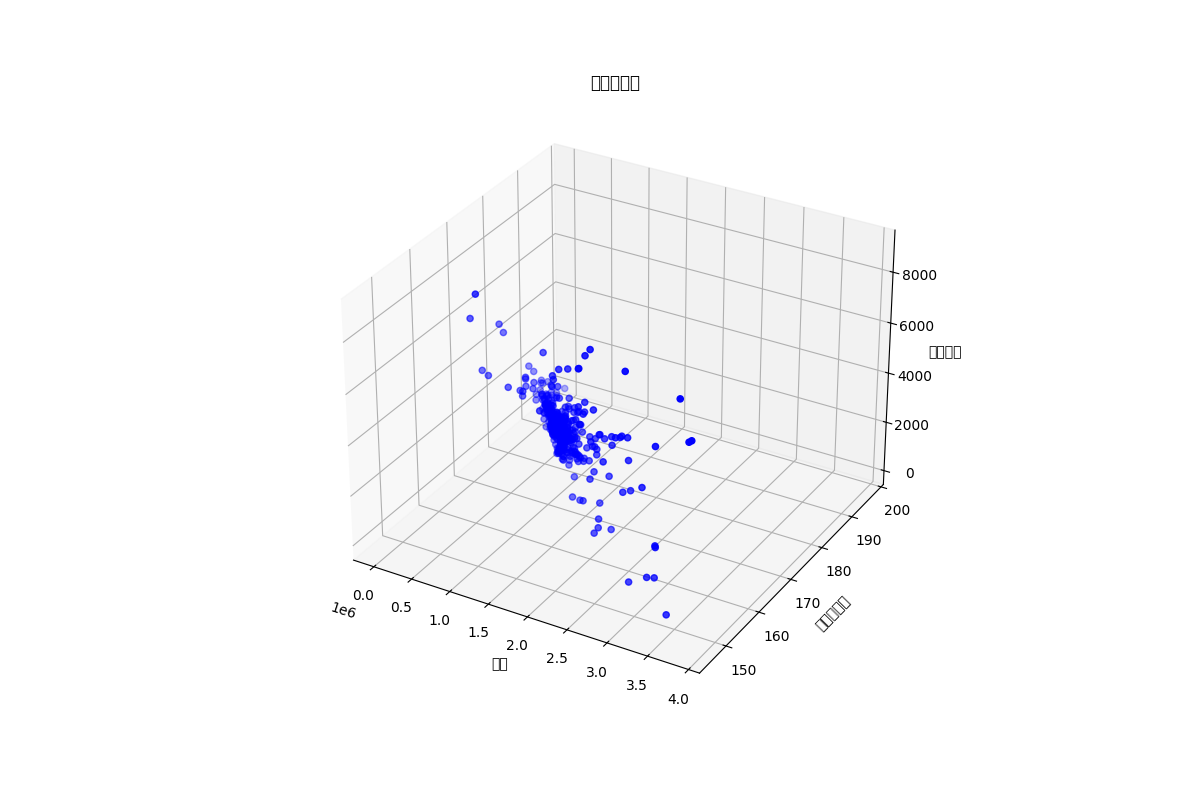
Repository: Kevinye0116/MCM
Script's output: python Coding/trial2.py
These files come from the project's save history. The script's output is drawn as it stood at one moment and after the next save; the edit follows.
Random numbers start from a fixed seed.

Above is the script's output before, as saved 2025-01-25 11:10:28.

After the next save:
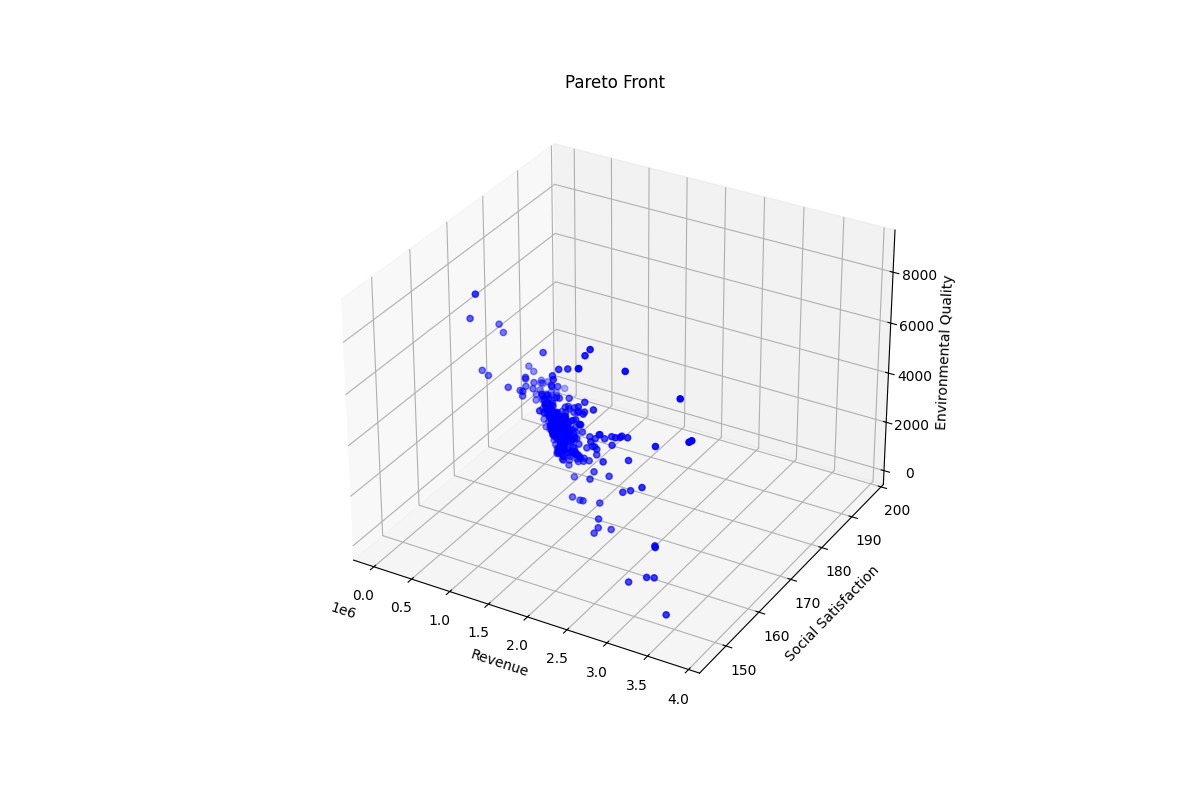
Saved 2 min 55 s later.
--- a/Coding/trial2.py
+++ b/Coding/trial2.py
@@ -251,10 +251,10 @@ class TourismOptimization:
             objectives[:, 0], objectives[:, 1], objectives[:, 2], c="b", marker="o"
         )
 
-        ax.set_xlabel("收入")
-        ax.set_ylabel("社会满意度")
-        ax.set_zlabel("环境质量")
-        ax.set_title("帕累托前沿")
+        ax.set_xlabel("Revenue")
+        ax.set_ylabel("Social Satisfaction")
+        ax.set_zlabel("Environmental Quality")
+        ax.set_title("Pareto Front")
 
         plt.show()
 
@@ -267,25 +267,25 @@ def main():
     optimizer = TourismOptimization()
 
     # 运行优化
-    print("正在进行优化...")
+    print("Running optimization...")
     pareto_front = optimizer.pareto_optimization(population_size=100, generations=50)
 
     # 输出结果
-    print(f"\n找到 {len(pareto_front)} 个帕累托最优解")
-    print("\n展示前5个最优解:")
-    for i, solution in enumerate(pareto_front[:5]):
+    print(f"\nFound {len(pareto_front)} best solutions")
+    print("\nShow top 20 solutions:")
+    for i, solution in enumerate(pareto_front[:20]):
         Nt, tau_t, Pt = solution
         revenue = optimizer.calculate_revenue(solution)
         satisfaction = optimizer.calculate_social_satisfaction(solution)
         environment = optimizer.calculate_environmental_quality(solution)
 
-        print(f"\n解 {i+1}:")
-        print(f"游客数量: {Nt:.0f}")
-        print(f"旅游税: {tau_t:.2f}")
-        print(f"人均消费: {Pt:.2f}")
-        print(f"总收入: {revenue:.2f}")
-        print(f"社会满意度: {satisfaction:.2f}")
-        print(f"环境质量指数: {environment:.2f}")
+        print(f"\nSolution {i+1}:")
+        print(f"Tourists: {Nt:.0f}")
+        print(f"Tax: {tau_t:.2f}")
+        print(f"Expenses per tourist: {Pt:.2f}")
+        print(f"Total revenue: {revenue:.2f}")
+        print(f"Social satisfaction: {satisfaction:.2f}")
+        print(f"Environmental quality: {environment:.2f}")
 
     # 可视化结果
     optimizer.visualize_pareto_front(pareto_front)
